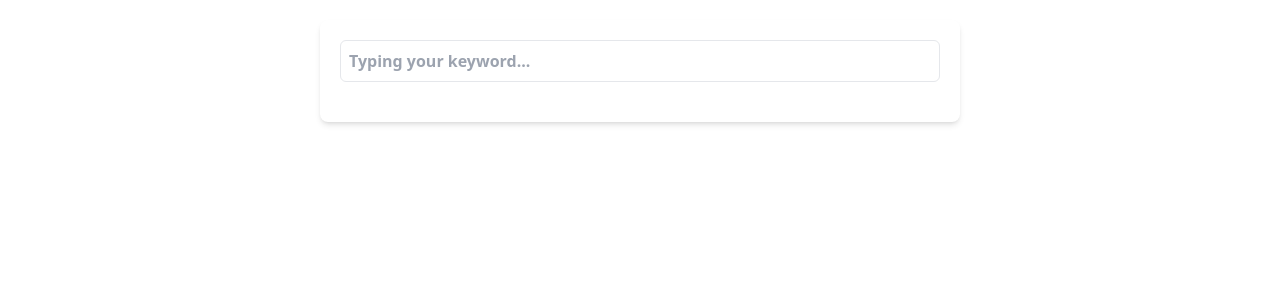
Repository: Trunks2k1ynwa/react_redux_app
Page: /
These files come from the project's save history. The page is drawn as it stood at one moment and after the next save; the edit follows.
The browser window is 1280 px wide. The pictures show the whole page.
The page's requests for data from a server got no answer. The project was rebuilt for these pictures with package versions that can differ from the ones it lists, and the page was loaded fresh each time. No one was signed in, and anything a server would have sent is missing.

Above is the page before, as saved 2023-01-08 17:50:47.

### public/index.html
<!DOCTYPE html>
<html lang="en">
  <head>
    <meta charset="utf-8" />
    <link rel="icon" href="%PUBLIC_URL%/favicon.ico" />
    <meta name="viewport" content="width=device-width, initial-scale=1" />
    <meta name="theme-color" content="#000000" />
    <meta
      name="description"
      content="Web site created using create-react-app"
    />
    <link
      rel="stylesheet"
      href="https://cdnjs.cloudflare.com/ajax/libs/font-awesome/6.2.1/css/all.min.css"
      integrity="sha512-MV7K8+y+gLIBoVD59lQIYicR65iaqukzvf/nwasF0nqhPay5w/9lJmVM2hMDcnK1OnMGCdVK+iQrJ7lzPJQd1w=="
      crossorigin="anonymous"
      referrerpolicy="no-referrer"
    />
    <link rel="apple-touch-icon" href="%PUBLIC_URL%/logo192.png" />
    <!--
      manifest.json provides metadata used when your web app is installed on a
      user's mobile device or desktop. See https://developers.google.com/web/fundamentals/web-app-manifest/
    -->
    <link rel="manifest" href="%PUBLIC_URL%/manifest.json" />
    <!--
      Notice the use of %PUBLIC_URL% in the tags above.
      It will be replaced with the URL of the `public` folder during the build.
      Only files inside the `public` folder can be referenced from the HTML.

      Unlike "/favicon.ico" or "favicon.ico", "%PUBLIC_URL%/favicon.ico" will
      work correctly both with client-side routing and a non-root public URL.
      Learn how to configure a non-root public URL by running `npm run build`.
    -->
    <title>React Redux App</title>
  </head>
  <body>
    <noscript>You need to enable JavaScript to run this app.</noscript>
    <div id="root"></div>
    <!--
      This HTML file is a template.
      If you open it directly in the browser, you will see an empty page.

      You can add webfonts, meta tags, or analytics to this file.
      The build step will place the bundled scripts into the <body> tag.

      To begin the development, run `npm start` or `yarn start`.
      To create a production bundle, use `npm run build` or `yarn build`.
    -->
  </body>
</html>

### src/index.js
import React from "react";
import { createRoot } from "react-dom/client";
import App from "./App";
import reportWebVitals from "./reportWebVitals";
import "./index.css";
import { Provider } from "react-redux";
import store from "./sagas/configureStore.js";

const container = document.getElementById("root");
const root = createRoot(container);

root.render(
  <React.StrictMode>
    <Provider store={store}>
      <App />
    </Provider>
  </React.StrictMode>
);

// If you want to start measuring performance in your app, pass a function
// to log results (for example: reportWebVitals(console.log))
// or send to an analytics endpoint. Learn more: https://bit.ly/CRA-vitals
reportWebVitals();

### src/App.js
import { useEffect } from "react";
import { useDispatch, useSelector } from "react-redux";
import { getNews } from "./sagas/news/newSlice.js";
import HackerNews from "./uis/HackerNews.js";

function App() {
  //Generator function
  // useEffect(() => {
  //   function* demoGenerator() {
  //     yield 1;
  //     yield 2;
  //     yield 3;
  //   }
  //   const gen = demoGenerator();
  //   console.log(gen.next());
  //   console.log(gen.return(3));
  // }, [])
  const dispatch = useDispatch();
  useEffect(() => {
    dispatch(getNews());
  }, [dispatch]);
  const hits = useSelector(state=>state.news.hits)
  console.log("🚀 ~ hits", hits)
  return (
    <div className="App">
    <HackerNews></HackerNews>
    </div>
  );
}

export default App;

### src/sagas/configureStore.js
import createSagaMiddleware from "@redux-saga/core";
import { configureStore } from "@reduxjs/toolkit";
import logger from "redux-logger";
import { getNews } from "./news/newSlice.js";
import { reducer } from "./reducer.js";
import rootSaga from "./rootSaga.js";


const sagaMiddlware = createSagaMiddleware();
const store = configureStore({
    reducer:reducer,
    middleware:(gDM) => gDM().concat(sagaMiddlware),

})
sagaMiddlware.run(rootSaga);
export default store;

### src/sagas/news/newSlice.js
import { createAction, createSlice } from "@reduxjs/toolkit";

export const otherAction = createAction('upLoadLoading');
const newsSlice = createSlice({
    name: 'news',
    initialState: {
        hits:[],
        loading:true,
        quert:"",
    },
    reducers: {
        setQuery:(state,action)=>({
            ...state,
            query: action.payload,
        }),
        setNews:(state,action)=>({
            ...state,
            hits:action.payload,
        }),
        getNews(){},
        setLoading:(state,action)=>({
            ...state,
            loading:action.payload
        })

    },
    extraReducers : (builder)=>{
        builder.addCase(otherAction,(state,action)=>{
            state.loading = action.payload;
        });
    },
});
export const {setNews,getNews,setLoading,setQuery} = newsSlice.actions;
export default newsSlice.reducer;

### src/uis/HackerNews.js
import React, { useEffect, useRef } from "react";
import { useDispatch, useSelector } from "react-redux";
import { getNews, setQuery } from "../sagas/news/newSlice.js";
import { debounce } from "lodash";
// import lodash from 'lodash'
// https://hn.algolia.com/api/v1/search?query=react
const HackerNews = () => {
  const { hits, loading, query } = useSelector((state) => state.news);
  const dispatch = useDispatch();
  useEffect(() => {
    dispatch(getNews(query));
  }, [dispatch,query]);
  const handleChangeQuery = debounce((e)=>{
      dispatch(setQuery(e.target.value))
  },250)
  return (
    <div className="w-2/4 p-5 mx-auto mt-5 bg-white rounded-lg shadow-md">
      <div className="flex mb-5 gap-x-5 ">
         <input
          type="text"
          className="block w-full p-2 font-bold border border-gray-200 rounded-md focus:border-blue-400"
          placeholder="Typing your keyword..."
          // defaultValue={query}
          onChange={handleChangeQuery}
        />
        {/* <button
          className="p-5 text-white bg-blue-500 rounded-md font-semibold-600"
          onClick={() =>
            setUrl(`https://hn.algolia.com/api/v1/search?query=${query}`)
          }
        >
          Fetching...
        </button>  */}
      </div>
      {!loading && (
        <div className="w-8 h-8 mx-auto my-10 border-4 border-r-4 border-blue-500 rounded-full border-r-transparent animate-spin"></div>
      )}
      {!loading}
      <div className="flex flex-wrap gap-5">
        {loading &&
          hits.length > 0 &&
          hits.map((item, index) => {
            if (!item.title || item.title.length <= 0) return null;
            return (
              <h3 className="p-3 bg-gray-100 rounded-sm" key={index}>
                {item.title}
              </h3>
            );
          })}
      </div>
    </div>
  );
};

export default HackerNews;

### src/sagas/reducer.js
import { combineReducers } from "@reduxjs/toolkit";
import newsSlice from './news/newSlice'
export const reducer = combineReducers({
    news:newsSlice,
})

### src/sagas/rootSaga.js
import { all, fork } from "redux-saga/effects";
import { newsSaga } from "./news/saga";

export default function* rootSaga() {
    yield all([fork(newsSaga)])
}
// blocking and non-blocking
// blocking : call,put : khi mà code chạy , nếu fn đó là blocking thì phải chờ fn đó chạy xong mới chạy xuống dưới
// non-blocking : fork : không quan tâm fn chạy xong hay chưa, chạy xuống dưới luôn
// all , fork

### src/sagas/news/saga.js
import { takeLatest } from "redux-saga/effects";
import handleGetNews from "./handlers";
import { getNews } from "./newSlice";

export function* newsSaga() {
  // gọi api 10 lần thì chỉ lấy cái cuối cùng
    yield takeLatest(getNews.type, handleGetNews);
  // takeEvery : call sau mỗi lần action
  }

### src/sagas/news/handlers.js
import { call, put, select } from "redux-saga/effects";
import { setNews } from "./newSlice.js";
import requestGetNews from "./request.js";

// Generator function
export default function* handleGetNews({ payload, type }) {
  let query = "";
  try {
    const newsQuery = yield select((state) => state.news.query);
    newsQuery ? (query = payload) : (query = "react");
    console.log("🚀 ~ query", query);
    const response = yield call(requestGetNews, query);
    const { hits } = response.data;
    yield put(setNews(hits));
  } catch (error) {
    console.log(error);
  }
}

### src/sagas/news/request.js
import axios from "axios";

export default function requestGetNews(query='vue') {
  return axios.request({
    method: "GET",
    url: `https://hn.algolia.com/api/v1/search?`,
    params: {query}
  });
}

### tailwind.config.js
/** @type {import('tailwindcss').Config} */
module.exports = {
  darkMode:"class",
  content: ["./src/**/*.{html,js}"],
  theme: {
    extend: {},
  },
  plugins: [],
}

Loaded but not shown: src/reportWebVitals.js (common file); src/index.css (common file)

After the next save:
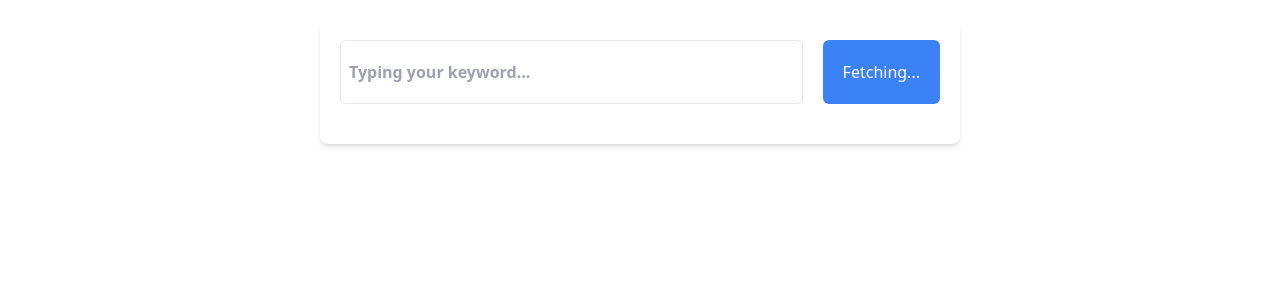
Saved 25 s later.
--- a/src/uis/HackerNews.js
+++ b/src/uis/HackerNews.js
@@ -9,28 +9,28 @@ const HackerNews = () => {
   const dispatch = useDispatch();
   useEffect(() => {
     dispatch(getNews(query));
-  }, [dispatch,query]);
-  const handleChangeQuery = debounce((e)=>{
-      dispatch(setQuery(e.target.value))
-  },250)
+  }, [dispatch, query]);
+  const handleChangeQuery = debounce((e) => {
+    dispatch(setQuery(e.target.value));
+  }, 250);
   return (
     <div className="w-2/4 p-5 mx-auto mt-5 bg-white rounded-lg shadow-md">
       <div className="flex mb-5 gap-x-5 ">
-         <input
+        <input
           type="text"
           className="block w-full p-2 font-bold border border-gray-200 rounded-md focus:border-blue-400"
           placeholder="Typing your keyword..."
           // defaultValue={query}
           onChange={handleChangeQuery}
         />
-        {/* <button
+        <button
           className="p-5 text-white bg-blue-500 rounded-md font-semibold-600"
           onClick={() =>
             setUrl(`https://hn.algolia.com/api/v1/search?query=${query}`)
           }
         >
           Fetching...
-        </button>  */}
+        </button>
       </div>
       {!loading && (
         <div className="w-8 h-8 mx-auto my-10 border-4 border-r-4 border-blue-500 rounded-full border-r-transparent animate-spin"></div>
